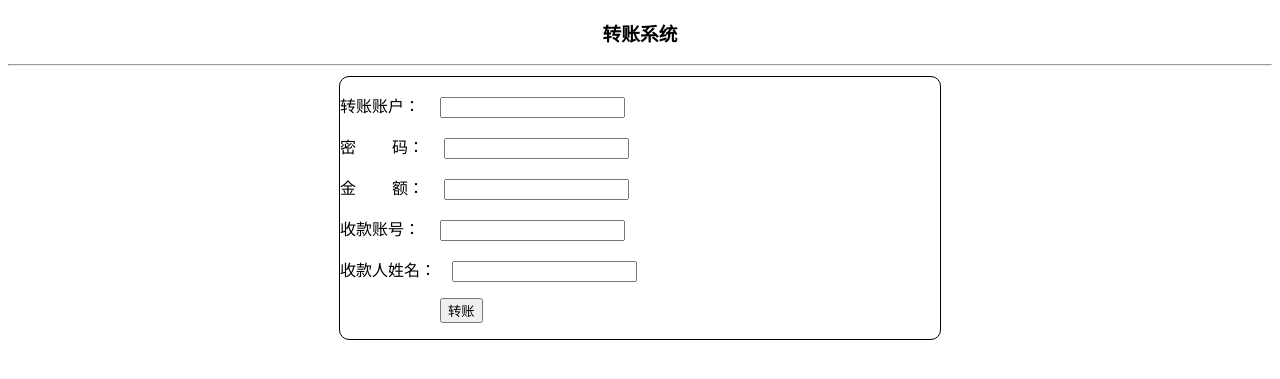
Repository: 99708/java_EE
Page: http://localhost/ssm_bank/
These files come from the project's save history. The page is drawn as it stood at one moment and after the next save; the edit follows.
The browser window is 1280 px wide. The pictures show the whole page.
The page is served by Tomcat 9.

Above is the page before, as saved 2018-11-16 13:53:31.

After the next save:
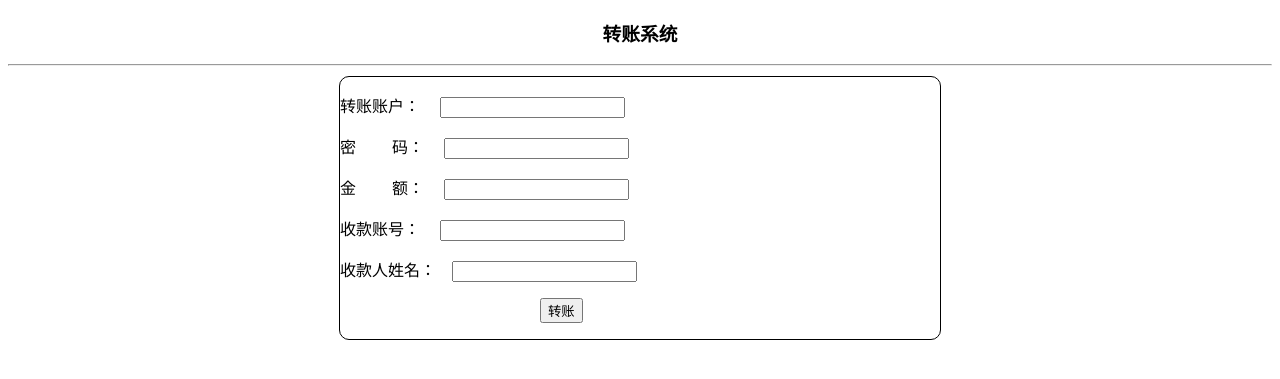
Saved 27 s later.
--- a/ssm_bank/WebContent/index.jsp
+++ b/ssm_bank/WebContent/index.jsp
@@ -35,7 +35,7 @@
 				<span id="anameSpan"></span><br />
 			</p>
 			<p>
-				<input type="submit" value="转账" style="margin-left: 100px"/>
+				<input type="submit" value="转账" style="margin-left: 200px"/>
 			</p>
 		</form>
 	</div>
